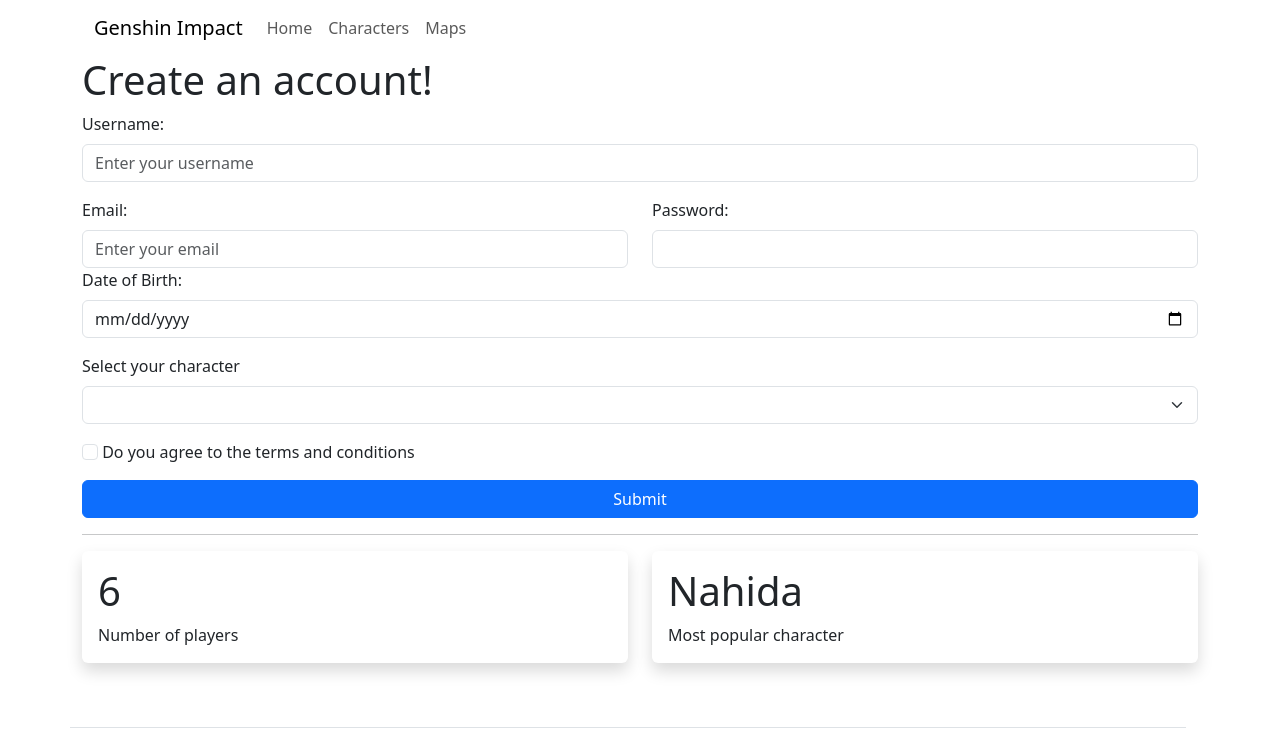
Repository: pendragons-code/BootStrap-Lesson
Page: static/html/genshin_account.html
The author's editor kept a copy of each file at every save. The page is drawn from the files as they stood at one save, then again after a run of saves.
The browser window is 1280 px wide. The pictures show the whole page.
The page's requests for data from a server got no answer.

Above is the page before, as saved 2024-07-22 13:09:33.

After the next 3 saves:
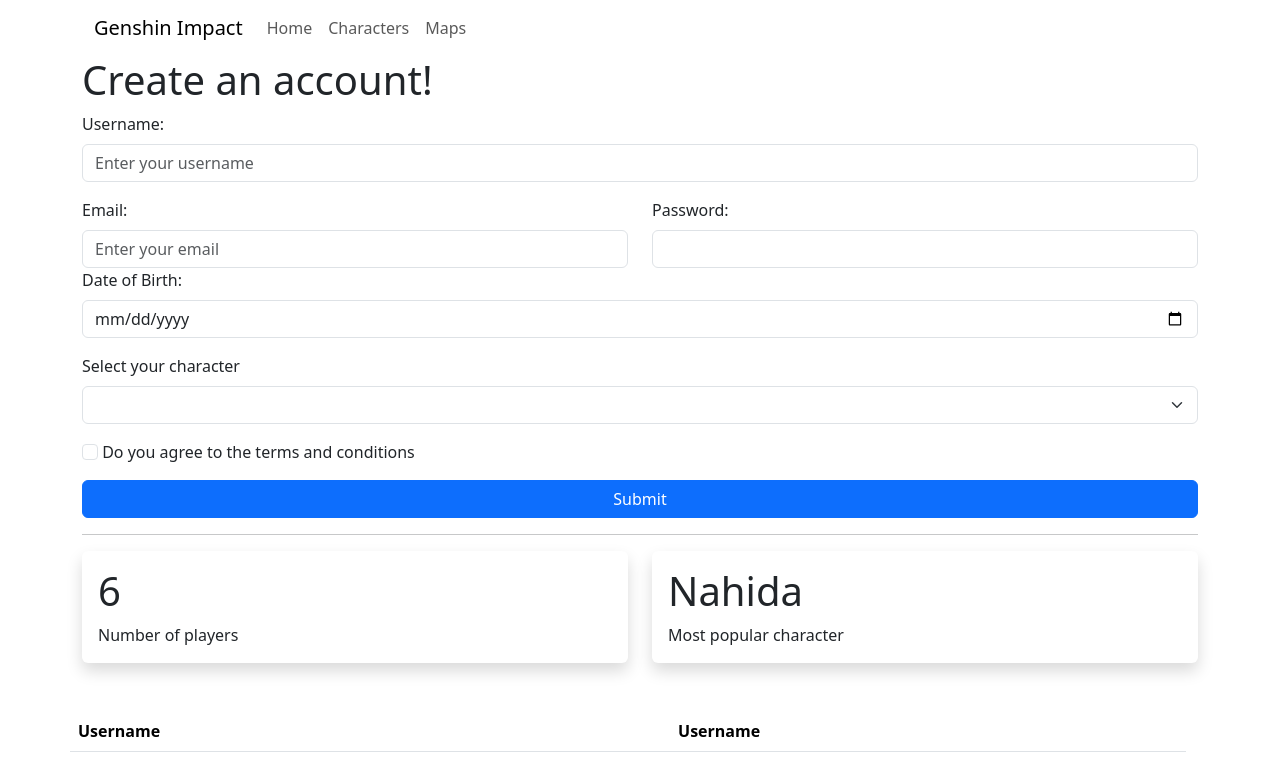
The 3 saves are shown as one change because they came seconds apart.
The last was saved 11 s later.
--- a/static/html/genshin_account.html
+++ b/static/html/genshin_account.html
@@ -121,7 +121,9 @@
 				<table class="table">
 					<thead>
 						<tr>
+							<th scope="col">Username</th>
 							<th scope="col"></th>
+							<th scope="col">Username</th>
 						</tr>
 					</thead>
 				</table>
